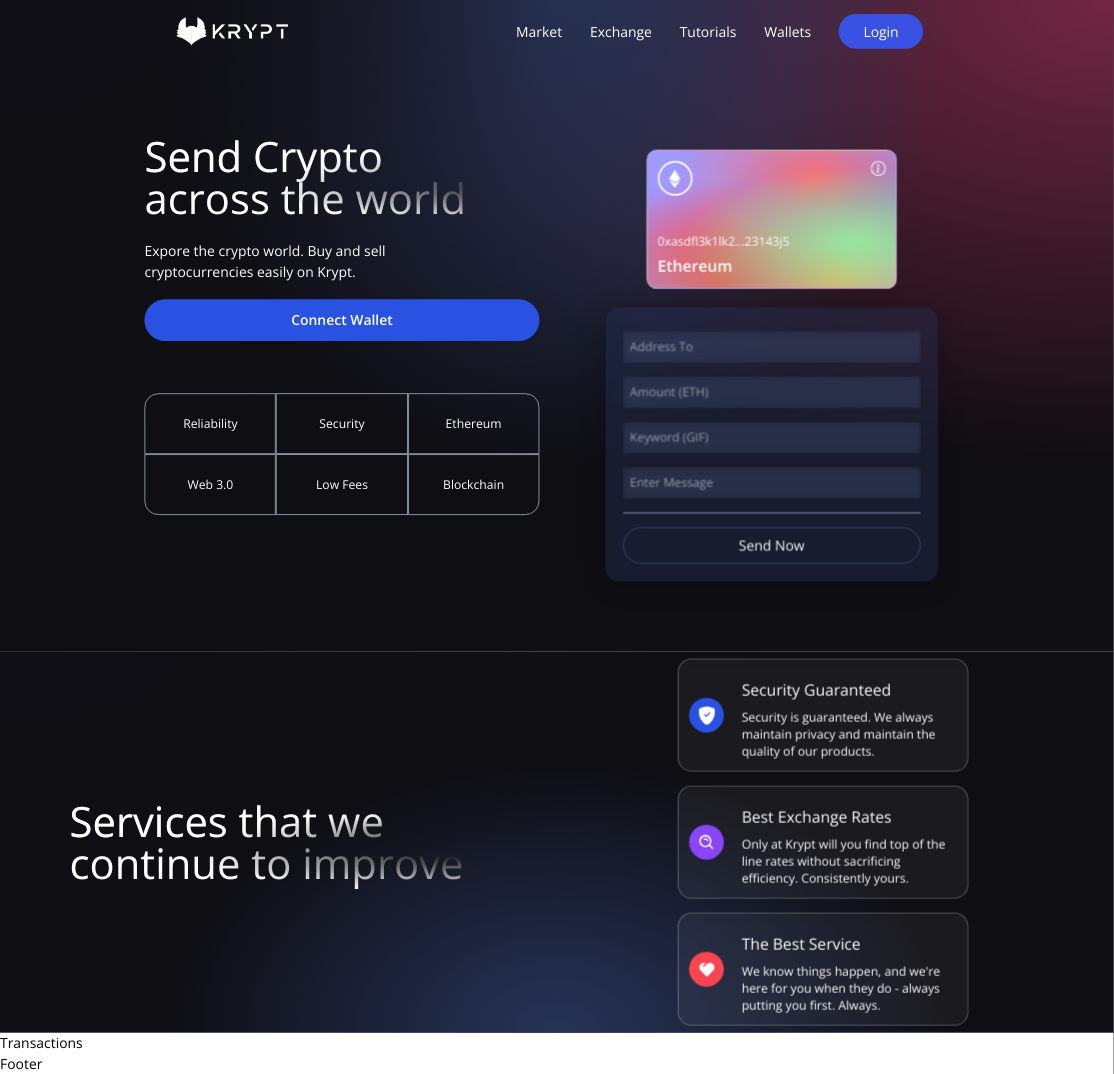
Repository: stephan-chiorean/krypt
Page: / (app in client/)
The author's editor kept a copy of each file at every save. The page is drawn from the files as they stood at one save, then again after the next save.
The browser window is 1280 px wide. The pictures show the whole page, at 87% of full size.
The project was rebuilt for these pictures with package versions that can differ from the ones it lists, and the page was loaded fresh each time. Also part of the build but not shown: client/vite.config.js, client/src/components/Loader.jsx.

Above is the page before, as saved 2023-03-29 19:31:52.

After the next save:
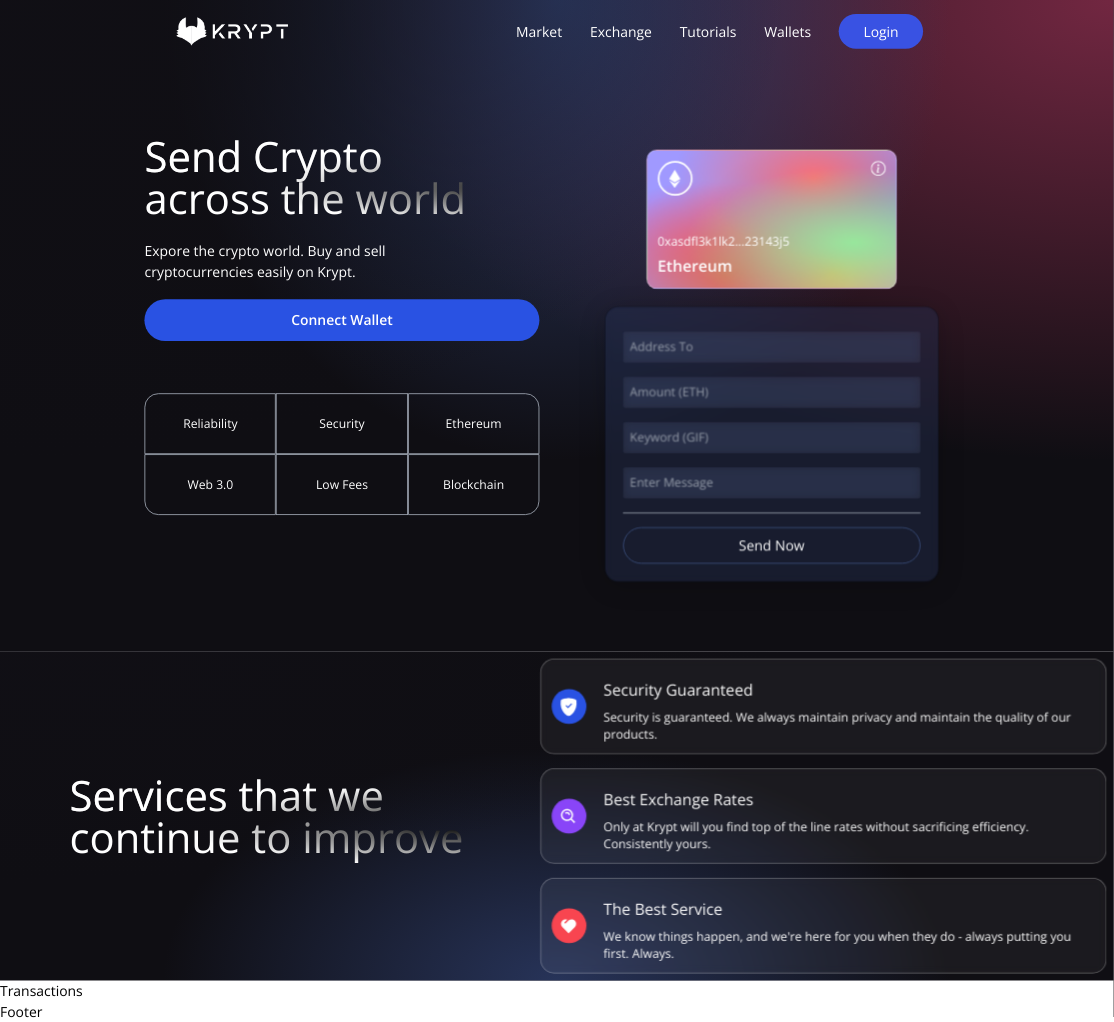
Saved 10 s later.
--- a/client/src/components/Services.jsx
+++ b/client/src/components/Services.jsx
@@ -4,7 +4,7 @@ import { BiSearchAlt } from 'react-icons/bi';
 import { RiHeart2Fill } from 'react-icons/ri';
 
 const ServiceCard = ({color, title, icon, subtitle}) => (
-  <div className='flex flex-row md:w-1/2 justify-start items-center white-glassmorphism p-3 m-2 cursor-pointer hover:shadow-xl'>
+  <div className='flex flex-row md:w-6/10 justify-start items-center white-glassmorphism p-3 m-2 cursor-pointer hover:shadow-xl'>
     <div className={`w-10 h-10 rounded-full flex justify-center items-center ${color}`}>
       {icon}
     </div>
